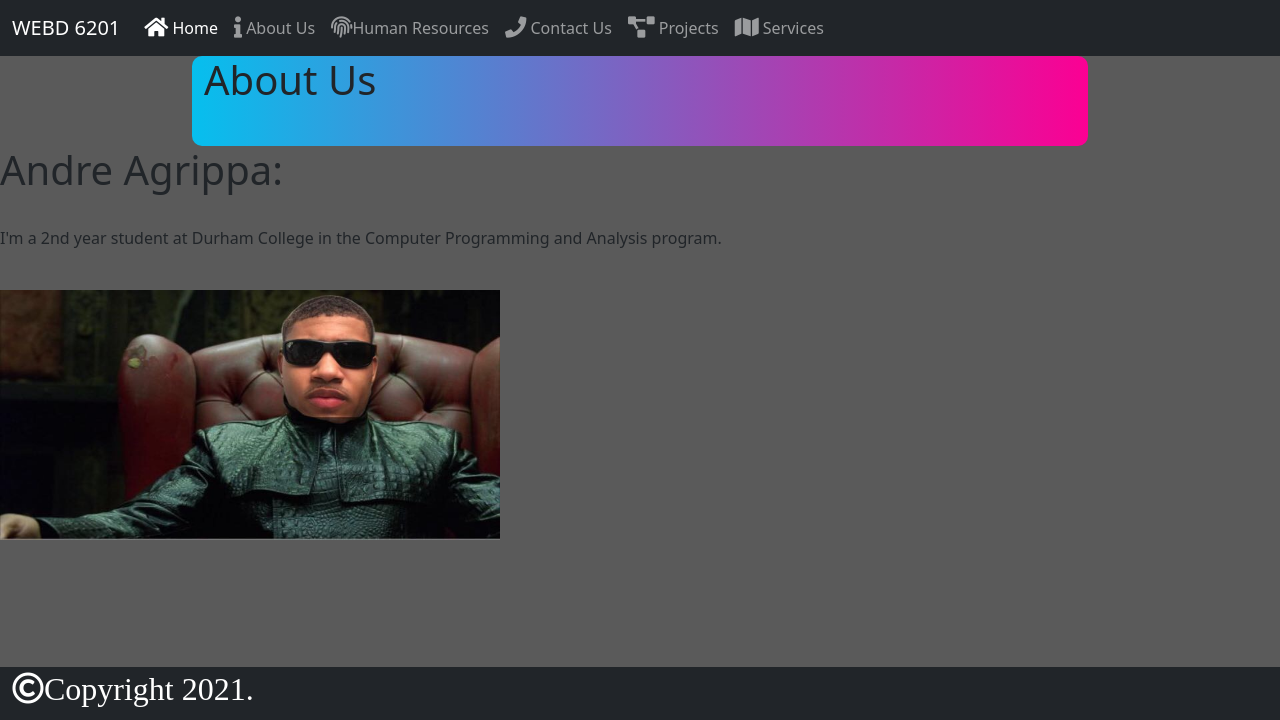
Repository: vans12345678/WEBD6201-W2021-Lab1
Page: about.html
The author's editor kept a copy of each file at every save. The page is drawn from the files as they stood at one save, then again after a run of saves.
The browser window is 1280 px wide. The pictures show the whole page.

Above is the page before, as saved 2021-01-30 21:26:39.

### about.html
<!DOCTYPE html>
<html lang="en">
<head>
    <meta charset="UTF-8">
    <meta name="viewport" content="width=device-width, initial-scale=1.0">
    <title>About Us</title>

    <!-- CSS Section -->
    <link rel="stylesheet" href="./node_modules/bootstrap/dist/css/bootstrap.min.css">
    <link rel="stylesheet" href="./node_modules/@fortawesome/fontawesome-free/css/all.min.css">
    <link rel="stylesheet" href="./Content/app.css">
</head>
<body>
  <!-- Main Header -->
    <header>
      <!-- Main Navigation -->
        <nav class="navbar navbar-expand-lg navbar-dark bg-dark">
            <div class="container-fluid">
              <a class="navbar-brand" href="index.html">WEBD 6201</a>
              <button class="navbar-toggler" type="button" data-bs-toggle="collapse" data-bs-target="#navbarSupportedContent" aria-controls="navbarSupportedContent" aria-expanded="false" aria-label="Toggle navigation">
                <span class="navbar-toggler-icon"></span>
              </button>
              <div class="collapse navbar-collapse" id="navbarSupportedContent">
                <ul class="navbar-nav me-auto mb-2 mb-lg-0">
                  <li class="nav-item">
                    <a class="nav-link active" aria-current="page" href="index.html"><i class="fas fa-home fa-lg"></i> Home</a>
                  </li>
                  <li class="nav-item">
                    <a class="nav-link" aria-current="page" href="about.html"><i class="fas fa-info fa-lg"></i> About Us</a>
                  </li>
                  <li class="nav-item">
                    <a class="nav-link" aria-current="page" href="human-resources.html"><i class="fas fa-fingerprint fa-lg"></i>Human Resources</a>
                  </li>
                  <li class="nav-item">
                    <a class="nav-link" aria-current="page" href="contact.html"><i class="fas fa-phone fa-lg"></i> Contact Us</a>
                  </li>
                  <li class="nav-item">
                    <a class="nav-link" aria-current="page" href="projects.html"><i class="fas fa-project-diagram fa-lg"></i> Projects</a>
                  </li>
                  <li class="nav-item">
                    <a class="nav-link" aria-current="page" href="services.html"><i class="fas fa-map fa-lg"></i> Services</a>
                  </li>
                </ul>
              </div>
            </div>
          </nav>
    </header>
  <!-- Main Contents -->
    <main>
        <h1 class = "container">About Us</h1>
        <h1 id="aboutAHeader"></h1>
        </br>
        <p id="aboutAText"></p>
        </br>
        <img src="../images/morpheus.JPG" alt="" style="width:500px;height:250px;">
    </main>
    <!-- Main Footer -->
    <footer>
      <nav class="navbar fixed-bottom navbar-dark bg-dark">
          <div class="container-fluid">
              <h4><i class="far fa-copyright fa-lg site-footer">Copyright 2021.</i></h4>
          </div>
        </nav>
  </footer>
    <!-- Script Section -->
    <script src="./node_modules/jquery/dist/jquery.min.js"></script>
    <script src="./node_modules/bootstrap/dist/js/bootstrap.bundle.min.js"></script>
    <script src="./Scripts/app.js"></script>
</body>
</html>

### Content/app.css
/* custom css goes here */
.Vapor {
    background-image: url('../images/vapor.jpg');
    background-repeat: no-repeat;
    background-attachment: fixed;
    background-size: 100% 100%;
  }
  body
  {
    background-color: rgb(90, 90, 90);
  }
  h1.container{
    border-radius: 10px;
    width: 70%;
    height: 90px;
    margin: 0px auto;
    background: linear-gradient(90deg,#06bfee,#fb0093)
  }
  h1.projects{
    background-color: white;
  }
  .contact-table{
    width: 100%;
    margin:  50px auto;
    background-color: white;
  }
  .contact-form
  {
    width: 100%;
    margin:  100px auto;
  }
  .warnMessage
  {
    width: 90%;
    margin:  50px;
  }
  .site-footer {
    color:white;
  }

### Scripts/app.js
/************************************************************
 * Name: Andre Agrippa, Michai Pryce
 * Date: 01/20/2021
 * Description: This file adds functionality to the Home,
 * About Us, Human Resources, Contact Us, Projects and Services
 * pages.
 */

"use strict";


(function(){

    function displayHome()
    {

        let introText = "This is a simple site to demonstrate the specified requirements for Lab 1 WEBD 6201 - Client Side Scripting";
        let introTextElement = document.getElementById("introParagraph");

        introTextElement.textContent = introText;
        introTextElement.className = "fs-5 fw-bold text-center";

        mainContent.innerHTML =
        `<h1 id = "firstHeading">Welcome to WEBD6201 - Lab 1</h1>
        <p id = "paragraphOne" class = "fs-3 fw-bold">This is my first paragraph</p>
        `;

    }
    function displayAbout()
    {
        let andreHeader = "Andre Agrippa:";
        let andreText = "I'm a 2nd year student at Durham College in the Computer Programming \and Analysis program. ";

        //Projects 1
        let headerElement = document.getElementById("aboutAHeader");
        let descriptionElement = document.getElementById("aboutAText");
        headerElement.textContent = andreHeader;
        descriptionElement.textContent = andreText;




    }
    function displayProjects()
    {
        //Define text and id's
        let p1Text = "Project One: COBOL Item List";
        let p2Text = "Project Two: C#, XAML, MDF  Preferred Shares and Common Shares";
        let p3Text = "Project Three: ASP.NET and MVC Framework Animal Shelter";
        let p1Description = "This project reads records from a .dat file, performs calculations on the data" +
        " then outputs it to a .out file neatly formatted.";
        let p2Description = "This project uses XAML for the windows form and a database to keep track of common and preferred shares." +
        " The database keeps track of how many shares(common/preferred) are  available and validation is applied.";
        let p3Description = "This project is a web application that keeps track of animals, owners, appointment and login info in a database." +
        " Relational database concepts are applied.";

        //Projects 1
        let projectsTextElement = document.getElementById("p1");
        let p1DescriptionElement = document.getElementById("p1Description");
        projectsTextElement.textContent = p1Text;
        p1DescriptionElement.textContent = p1Description;

        //Projects 2
        projectsTextElement = document.getElementById("p2");
        p1DescriptionElement = document.getElementById("p2Description");
        projectsTextElement.textContent = p2Text;
        p1DescriptionElement.textContent = p2Description;
        //Projects 3
        projectsTextElement = document.getElementById("p3");
        p1DescriptionElement = document.getElementById("p3Description");
        projectsTextElement.textContent = p3Text;
        p1DescriptionElement.textContent = p3Description;




        //Assign styles



    }
    function displayServices()
    {

    }
    function displayContact()
    {

        let messageArea = document.getElementById("messageArea");
        messageArea.hidden = true;

        //form validation
        let fullName = document.getElementById("fullName");
        fullName.addEventListener("blur", function()
        {
            if(fullName.value.length < 2)
            {
                fullName.focus();
                fullName.select();
                messageArea.hidden = false;
                messageArea.className = "alert alert-danger warnMessage";
                messageArea.textContent = "Please enter an appropriate name > 2 characters";
            }
            else
            {
                messageArea.removeAttribute("class");
                messageArea.hidden = true;
            }
        });
            let sendButton = document.getElementById("sendButton");
            sendButton.addEventListener("click", function(event)
            {
                //event.preventDefault();
                // //Displays twice?

                let contact = new Contact(fullName.value,contactNumber.value, emailAddress.value, shortMessage.value);

                console.log(contact.serialize());
                if(contact.serialize())
                {
                    localStorage.setItem((localStorage.length + 1).toString(),contact.serialize());
                }
            });
    }
    function displayContactList()
    {
        if(localStorage.length > 0)
        {
            let contactList = document.getElementById("contactList");
            let data = "";

            for (let index = 0; index < localStorage.length; index++)
            {
                let contactData = localStorage.getItem((index + 1).toString());
                let contact = new Contact();

                contact.deserialize(contactData);

                data += `<tr>
                <th scope="row">${index + 1}</th>
                <td>${contact.FullName}</td>
                <td>${contact.ContactNumber}</td>
                <td>${contact.EmailAddress}</td>
                <td>${contact.ShortMessage}</td>
              </tr>`;
            }
            contactList.innerHTML = data;
        }

    }

    function Start()
    {
        console.log("App Started...");

        //Based of title of html
        switch(document.title)
        {
            case "Index":
                displayHome();
                break;
            case "About Us":
                displayAbout();
                break;
            case "Projects":
                displayProjects();
                break;
            case "Services":
                displayServices();
                break;
            case "Contact Us":
                displayContact();
                break;
            case "Contact-List":
                displayContactList();
                break;
        }


    }

    window.addEventListener("load", Start);

})();

Loaded but not shown: node_modules/bootstrap/dist/css/bootstrap.min.css (library); node_modules/@fortawesome/fontawesome-free/css/all.min.css (library); node_modules/jquery/dist/jquery.min.js (library); node_modules/bootstrap/dist/js/bootstrap.bundle.min.js (library)

After the next 2 saves:
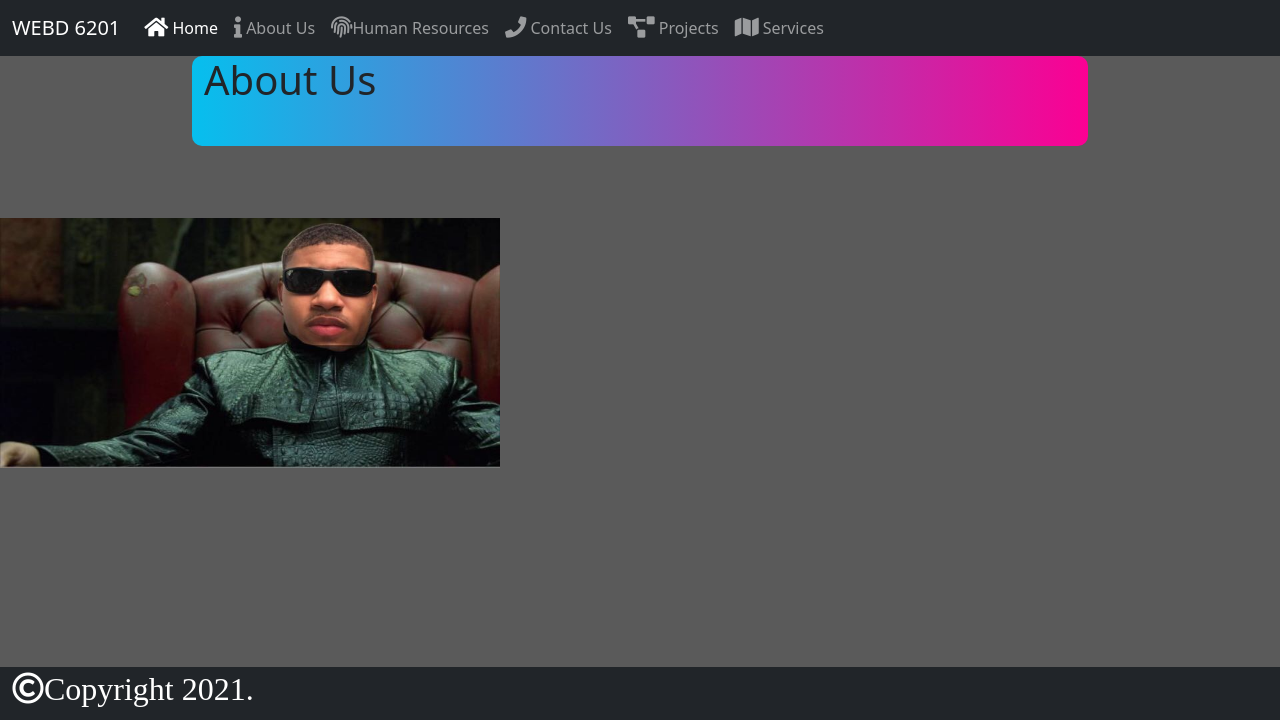
Console error: SyntaxError: Invalid or unexpected token
The 2 saves are shown as one change because they came seconds apart.
The last was saved 7 s later.
--- a/Scripts/app.js
+++ b/Scripts/app.js
@@ -29,7 +29,8 @@
     function displayAbout()
     {
         let andreHeader = "Andre Agrippa:";
-        let andreText = "I'm a 2nd year student at Durham College in the Computer Programming \and Analysis program. ";
+        let andreText = "I'm a 2nd year student at Durham College in the Computer Programming \
+        and Analysis program. ";
 
         //Projects 1
         let headerElement = document.getElementById("aboutAHeader");

After the save that followed:
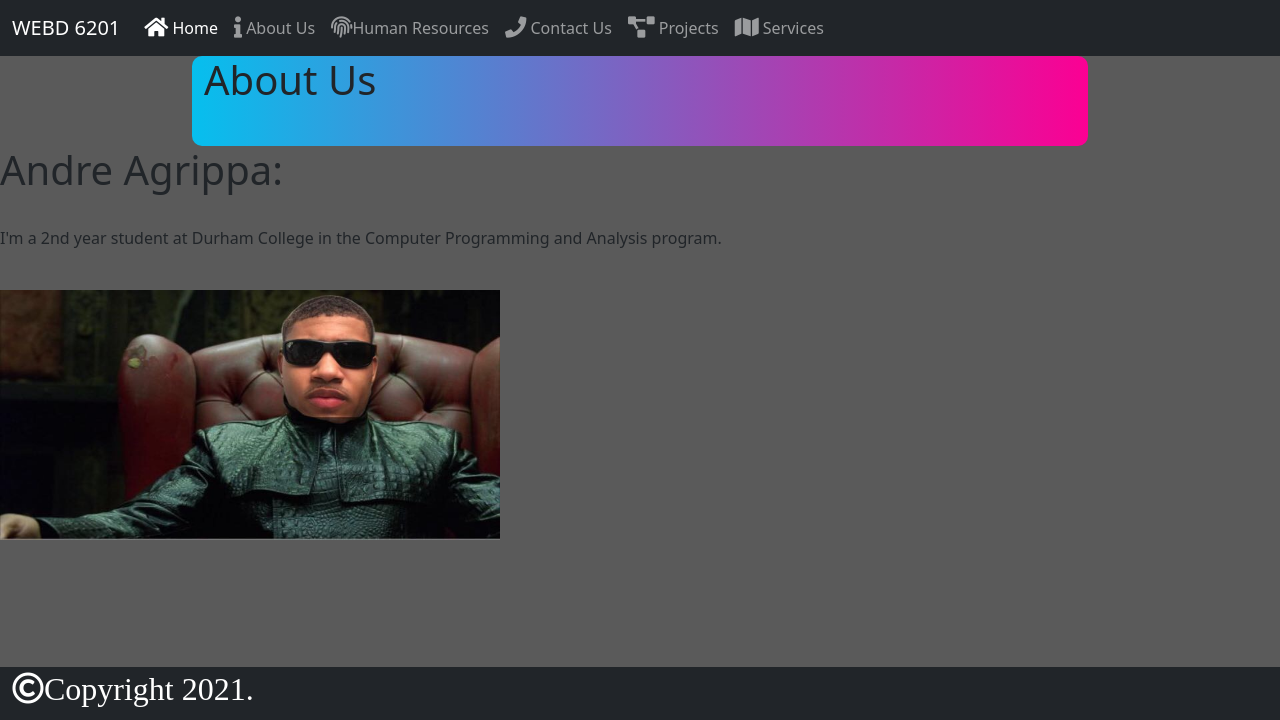
The error is gone.
Saved 25 s later.
--- a/Scripts/app.js
+++ b/Scripts/app.js
@@ -14,7 +14,7 @@
     function displayHome()
     {
 
-        let introText = "This is a simple site to demonstrate the specified requirements for Lab 1 WEBD 6201 - Client Side Scripting";
+        let introText = "This is a simple site to demonstrate the \ specified requirements for Lab 1 WEBD 6201 - Client Side Scripting";
         let introTextElement = document.getElementById("introParagraph");
 
         introTextElement.textContent = introText;
@@ -29,8 +29,7 @@
     function displayAbout()
     {
         let andreHeader = "Andre Agrippa:";
-        let andreText = "I'm a 2nd year student at Durham College in the Computer Programming \
-        and Analysis program. ";
+        let andreText = "I'm a 2nd year student at Durham College in the Computer Programming and Analysis program. ";
 
         //Projects 1
         let headerElement = document.getElementById("aboutAHeader");
